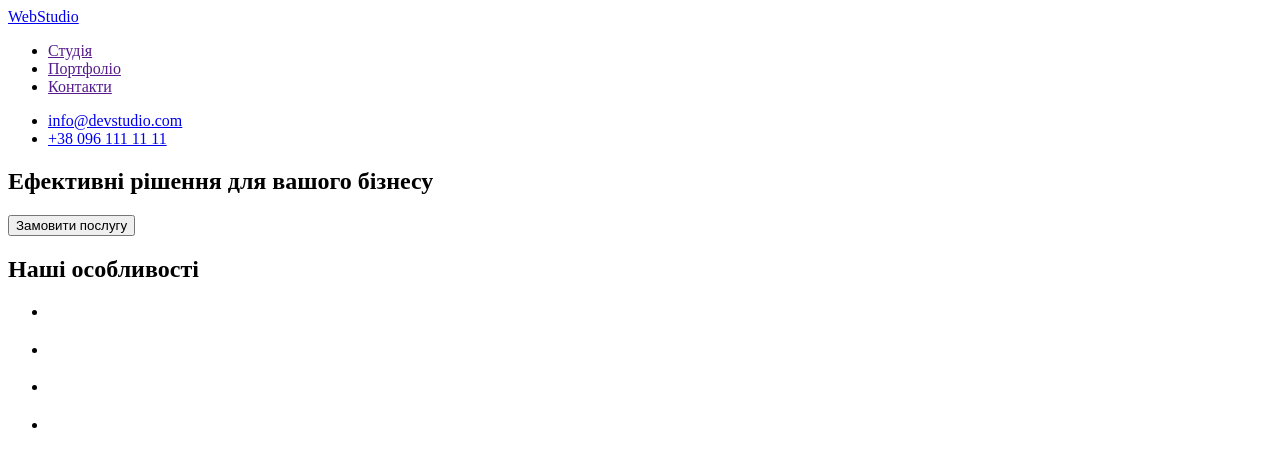
Repository: Mariia2811/goit-markup-hw-03
Page: index.html
The author's editor kept a copy of each file at every save. The page is drawn from the files as they stood at one save, then again after the next save.
The browser window is 1280 px wide. The pictures show the whole page.

Above is the page before, as saved 2022-11-16 13:39:48.

After the next save:
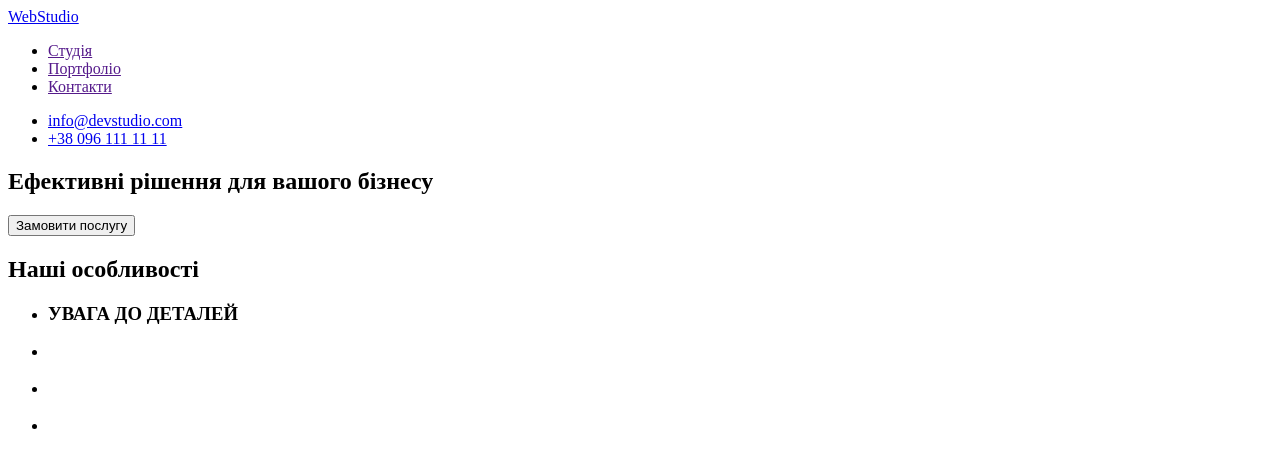
Saved 7 s later.
--- a/index.html
+++ b/index.html
@@ -30,7 +30,7 @@
             <h2>Наші особливості</h2>
             <ul>
                 <li>
-                    <h3></h3>
+                    <h3>УВАГА ДО ДЕТАЛЕЙ</h3>
                     <p></p>
                 </li>
                 <li>
